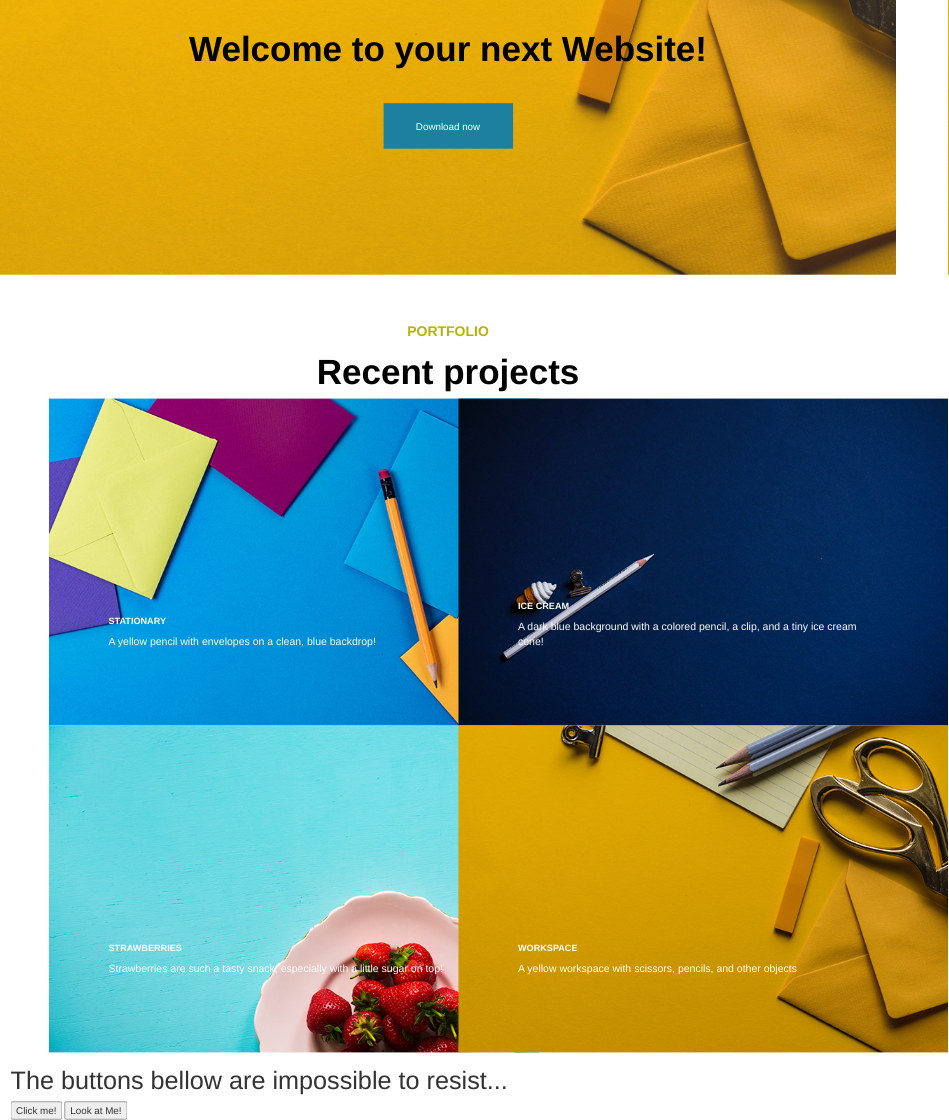
Repository: codin-full-stack/tomasz
Page: http://localhost/tomasz/portfolio/index.php
These files come from the project's save history. The page is drawn as it stood at one moment and after the next save; the edit follows.
The browser window is 1280 px wide. The page is 1355 px wide, so the pictures cover 1355 px, including what lies to the right of the window. The pictures show the part of the page from y = 2038 to 3878 px (the page is 3638 px tall before and 3878 px after), at 70% of full size.
Some web libraries are served in a nearby version. The page is run by PHP 8.4 with error messages shown; the project is at /var/www/html/.

Above is the page before, as saved 2018-10-23 09:22:52.

### portfolio/index.php
<!DOCTYPE html>
<html lang="en">
  <head>
    <meta charset="utf-8">
    <meta name="viewport" content="width=device-width, initial-scale=1, shrink-to-fit=no">
    <link rel="stylesheet" href="styles.css">
    <!-- Latest compiled and minified CSS -->
    <link rel="stylesheet" href="https://maxcdn.bootstrapcdn.com/bootstrap/3.3.7/css/bootstrap.min.css">
    <link rel="stylesheet" href="https://use.fontawesome.com/releases/v5.4.1/css/all.css" integrity="sha384-5sAR7xN1Nv6T6+dT2mhtzEpVJvfS3NScPQTrOxhwjIuvcA67KV2R5Jz6kr4abQsz" crossorigin="anonymous">
    <!-- jQuery library -->
    <script src="https://ajax.googleapis.com/ajax/libs/jquery/3.3.1/jquery.min.js"></script>
    <!-- Latest compiled JavaScript -->
    <script src="https://maxcdn.bootstrapcdn.com/bootstrap/3.3.7/js/bootstrap.min.js"></script>
  </head>

<body>
    <section class="first">
      <div class="container-fluid flex">
        <div class="textbox">
        <h1 class="maintext">Stylish portfolio</h1>
        <h2 class="secondtext"><i>A free Bootstrap Theme by Start Bootstrap</i></h2>
        <button class="button">Find Out More</button>
        </div>
      </div>
    </section>

    <section class="second">
      <div class="container-fluid flex">
        <div class="textbox2">
          <h1 class="maintext2">Stylish portfolio is the perfect theme for your next project!</h1>
          <h2 class="secondtext2"><i>This theme features is flexible, UX friendly sidebar menu and stock photos from your friends at Unsplash!</i></h2>
          <button class="button2">What We Offer</button>
        </div>
      </div>
    </section>

    <section class="third">
      <div class="container flex">
        <div class="textbox3">
        <h2 class="secondtext3">SERVICES</h2>
        <h1 class="maintext3">What We Offer</h1>
          <div class="row">
              <div class="col-md-3">
                <div class="iconframe"></div>
                <p class="maintext4">Responsive</p>
                <p class="secondtext4">Looks great on any screen size!</p>
              </div>
              <div class="col-md-3">
              <div class="iconframe"></div>
                <p class="maintext4">Redesigned</p>
                <p class="secondtext4">Freshly design for Boostrap 4.</p>
              </div>
              <div class="col-md-3">
                <div class="iconframe"></div>
                  <p class="maintext4">Favorited</p>
                  <p class="secondtext4">Million of users (icon) Boostrap!</p>

              </div>
              <div class="col-md-3">
                <div class="iconframe"></div>
                  <p class="maintext4">Question</p>
                  <p class="secondtext4">I mustache you a question..</p>
              </div>
            </div>
        </div>
      </div>
    </section>

        <section class="fourth">
      <div class="container-fluid flex">
        <div class="textbox4">
        <h1 class="maintext5">Welcome to your next Website!</h1>
        <button class="button">Download now</button>
        </div>
      </div>
    </section>

<section class="fifth">
      <div class="container flex">
        <div class="textbox5">
        <h2 class="secondtext5">PORTFOLIO</h2>
        <h1 class="maintext5">Recent projects</h1>
          <div class="row">
              <div class="col-md-6">
                <img src="images/portfolio-1.jpg" alt="">
                  <div class="photobox">
                  <h2 class="maintext6">STATIONARY</h2>
                  <p class="secondtext6">A yellow pencil with envelopes on a clean, blue backdrop!</p>
                  </div>
              </div>
              <div class="col-md-6">
              <img src="images/portfolio-2.jpg" alt="">
                <div class="photobox">
                  <h2 class="maintext6">ICE CREAM</h2>
                  <p class="secondtext6">A dark blue background with a colored pencil, a clip, and a tiny ice cream cone!</p>
                </div>
              </div>
            </div>
            <div class="row">
              <div class="col-md-6">
              <img src="images/portfolio-3.jpg" alt="">
                <div class="photobox">
                  <h2 class="maintext6">STRAWBERRIES</h2>
                  <p class="secondtext6">Strawberries are such a tasty snack, especially with a little sugar on top!</p>
                </div>
              </div>
              <div class="col-md-6">
                <img src="images/portfolio-4.jpg" alt="">
                  <div class="photobox">
                    <h2 class="maintext6">WORKSPACE</h2>
                    <p class="secondtext6">A yellow workspace with scissors, pencils, and other objects</p>
                </div>
              </div>
            </div>
        </div>
      </div>
    </section>


    <section class="seventh">
      <div class="container-fluid flex">
        <div class="textbox7">
          <h1 class="maintext7">The buttons bellow are impossible to resist...</h1>
          <button class="button7-1">Click me!</button>
          <button class="button7-2">Look at Me!</button>
        </div>
      </div>
    </section>




</body>



























</html>

### portfolio/styles.css
body {
    /* width: 100vw;
    height: 100vh; */
}

.first {
    height: 100vh;
    display: flex;
    width: 100%;
    background-image: url("images/bg-masthead.jpg");
    background-position: left;
    background-repeat: no-repeat;
    background-size: cover;
}

.second {
    padding: 120px 0;
    background-color: #ffffff;

}
.third {
    background-color: #1d809f;
    height: 550px;
}

.fourth {
    height: 100vh;
    background-image: url("images/bg-callout.jpg");
    background-position: left;
    background-repeat: no-repeat;
    background-size: cover;
}
.fifth {
    /* height: 100vh; */

}
.second {
    padding: 120px 0;
    background-color: #ffffff;

}

.textbox {
    width: 650px;
    align-self: center;
    text-align: center;
    margin: 0 auto;
}
.textbox2 {

    width: 840px;
    align-self: center;
    text-align: center;
    margin: 0 auto;
}

.textbox3 {
    padding-top: 100px;
    align-self: center;
    text-align: center;
    margin: 0 auto;
}
.textbox4 {
    padding-top: 350px;
    align-self: center;
    text-align: center;
    margin: 0 auto;
}
.textbox5 {
    padding-top: 50px;
    align-self: center;
    text-align: center;
    margin: 0 auto;
}

.first h1 {
    font-size: 85px;
}

.first h2 {
    font-size: 30px;
}

.second h1 {
    font-size: 26px;
    font-weight: 750;
}
.second h2 {
    font-size: 16px;
    font-weight: 750;
}
.third h2 {
    font-size: 20px;
    font-weight: bold;
    color: #b6b307;
}

.third h1 {
    font-size: 50px;
    font-weight: bold;
    color: #ffffff;
}
.fourth h1 {
    font-size: 50px;
    font-weight: bold;
    color: #000000;
}

.maintext4 {
    font-size: 30px;
    font-weight: bold;
    color: #ffffff;
}

.secondtext4 {
    font-size: 20px;
    font-weight: bold;
    color: #bcd4d1;
}

.fifth h2 {
    font-size: 20px;
    font-weight: bold;
    color: #b6b307;
}

.fifth h1 {
    font-size: 50px;
    font-weight: bold;
    color: #000000;
}

.photobox h2 {
    color: #ffffff;
    font-size:  13px;
    text-align: left;
}

.photobox p {
    color: #ffffff;
    text-align: left;
    font-size: 15px;
}
.container-fluid {

}

.flex {
    display: flex;
}

.button {
    width: 185px;
    height: 65px;
    background-color: #1d809f;
    border: none;
    color: #ffffff;
    align-self: center;
    margin-top: 40px;
}

.button2 {
    width: 185px;
    height: 65px;
    background-color: #000000;
    border: none;
    color: #ffffff;
    margin-top: 40px;
}

.iconframe {
    height: 120px;
    width: 120px;
    background-color: #ffffff;
    border-radius: 100%;
    display: inline-block;
}

.photobox {
    position: absolute;
    bottom: 100px;
    left: 100px;
}

After the next save:
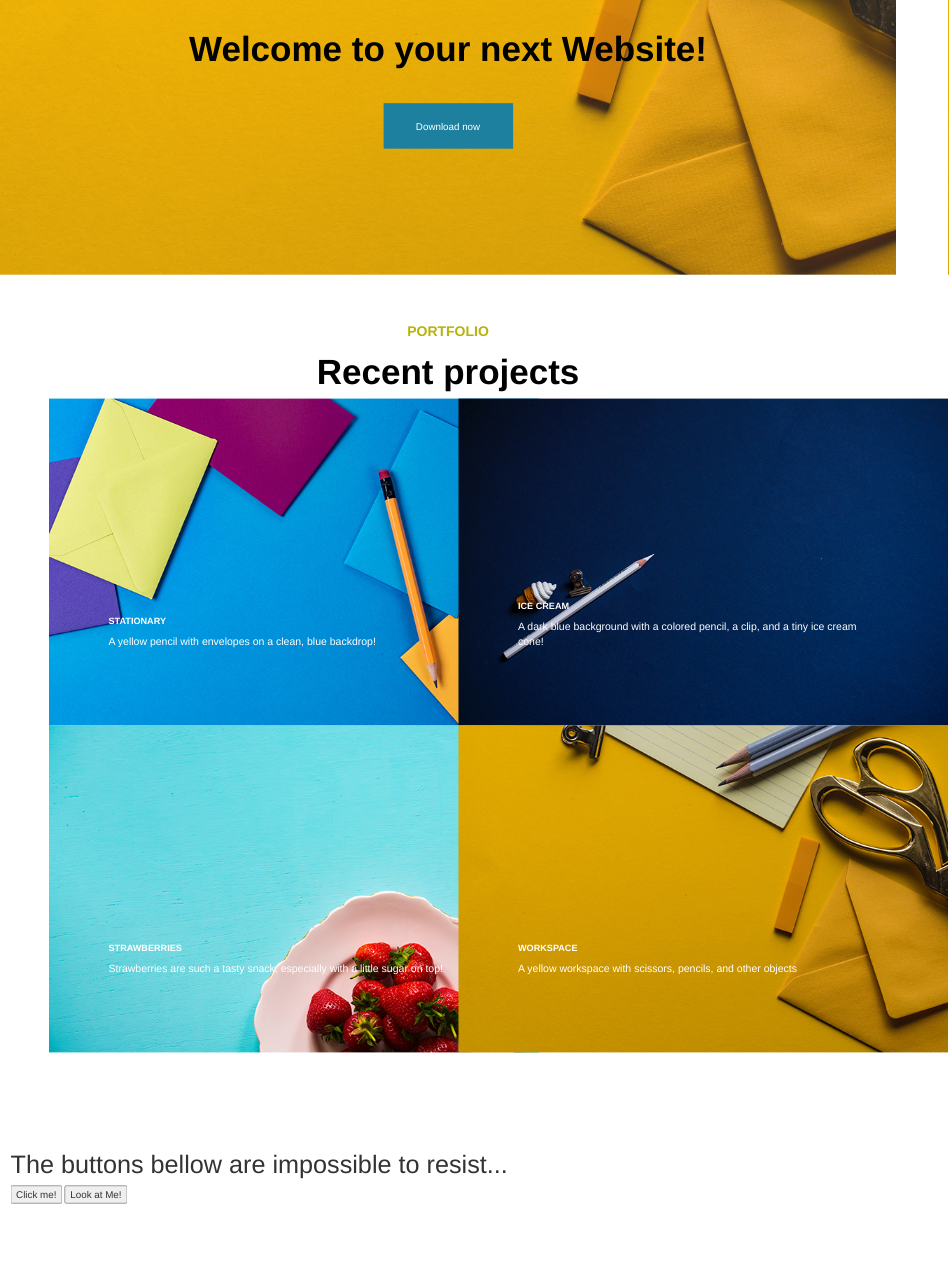
Saved 4 s later.
--- a/portfolio/styles.css
+++ b/portfolio/styles.css
@@ -34,7 +34,7 @@ body {
     /* height: 100vh; */
 
 }
-.second {
+.seventh {
     padding: 120px 0;
     background-color: #ffffff;
 
